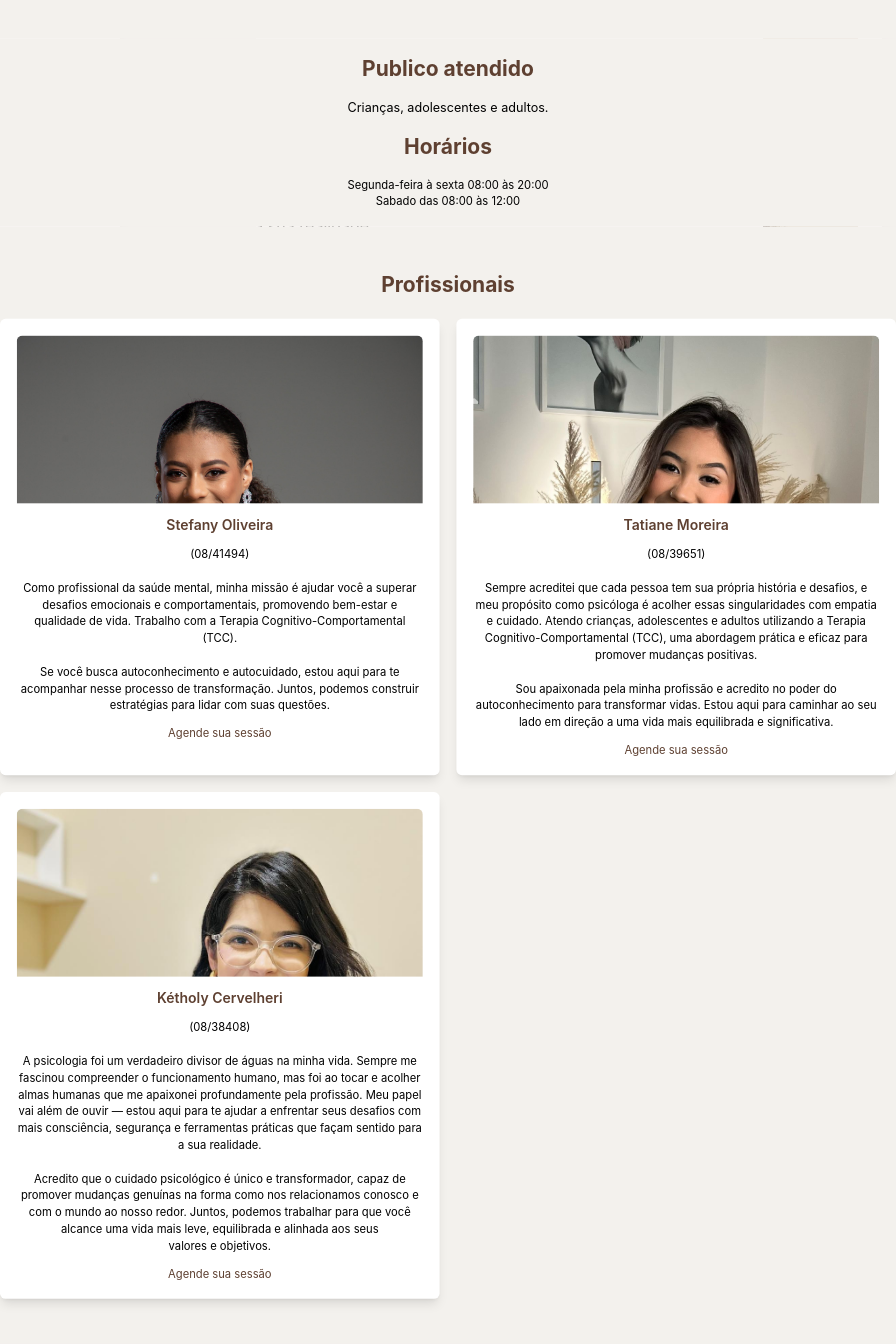
Repository: Mcervelheri/Nous
Page: /
The author's editor kept a copy of each file at every save. The page is drawn from the files as they stood at one save, then again after the next save.
The browser window is 1280 px wide. The pictures show the part of the page from y = 1168 to 3088 px (the page is 3088 px tall before and 2532 px after), at 70% of full size.
The project was rebuilt for these pictures with package versions that can differ from the ones it lists, and the page was loaded fresh each time. Also part of the build but not shown: vite.config.js.

Above is the page before, as saved 2025-02-19 22:49:38.

### index.html
<!DOCTYPE html>
<html lang="en">
  <head>
    <meta charset="UTF-8" />
    <link rel="icon" type="image/svg+xml" href="/src/assets/logos/NOUS.png" />
    <meta name="viewport" content="width=device-width, initial-scale=1.0" />
    <title>Clínica NOUS</title>
  </head>
  <body>
    <div id="root"></div>
    <script type="module" src="/src/main.jsx"></script>
  </body>
</html>

### src/index.css
* {
  margin: 0;
  padding: 0;
  box-sizing: border-box;
}

@media (min-width: 768px) {
  .menu {
    display: flex !important;
  }

  .img_meninas {
    height: 500px;
  }
}

@media (max-width: 768px) {
  .img_meninas {
    height: 500px;
  }

  .inicio {
    flex-direction: column;
  }
}

@media (max-width: 570px) {
  .inicio p {
    text-align: center;
    font-size: 14px;
  }
}

html,
body {
  height: 100%;
  margin: 0;
  padding: 0;
}

#root {
  min-height: 100%;
  display: flex;
  flex-direction: column;
}

main {
  flex: 1;
  padding-bottom: 100px;
  /* Espaço suficiente para o footer */
}

footer {
  flex-shrink: 0;
  /* Isso impede que o footer encolha */
}

body {
  margin: 0;
  font-family: -apple-system, BlinkMacSystemFont, "Segoe UI", "Roboto", "Oxygen",
    "Ubuntu", "Cantarell", "Fira Sans", "Droid Sans", "Helvetica Neue",
    sans-serif;
  -webkit-font-smoothing: antialiased;
  -moz-osx-font-smoothing: grayscale;
}

code {
  font-family: source-code-pro, Menlo, Monaco, Consolas, "Courier New",
    monospace;
}

.map-container {
  height: 100%;
  width: 100%;
}

@tailwind base;
@tailwind components;
@tailwind utilities;

### src/components/Header.jsx
import "react";
import { useState } from "react";
import NavLogo from "./NavLogo";
import HamburgerButton from "./HamburgerButton.jsx";
import NavLinks from "./NavLinks";
import logoNous from "/src/assets/logos/logo-nous.png";

const Header = () => {
  const [isOpen, setIsOpen] = useState(false);

  return (
    <nav className="bg-white w-full">
      <div className="max-w-7xl mx-auto px-4 sm:px-6 lg:px-8">
        <div className="flex justify-between items-center h-16">
          <NavLogo logoSrc={logoNous} alt="Logo NOUS" />
          <HamburgerButton isOpen={isOpen} onClick={() => setIsOpen(!isOpen)} />
          <NavLinks isOpen={isOpen} />
        </div>
      </div>
    </nav>
  );
};

export default Header;

### src/components/Main.jsx
import "react";
import Home from "./Home";
import About from "./About";
import Informations from "./Informations";
import Professionals from "./Professionals";

const Main = () => {
  return (
    <>
      <Home />
      <About />
      <Informations />
      <Professionals />
    </>
  );
};

export default Main;

### src/components/NavLogo.jsx
import React from "react";

const NavLogo = ({ logoSrc, alt }) => (
  <div>
    <a href="#inicio">
      <img src={logoSrc} alt={alt} className="h-16" />
    </a>
  </div>
);

export default NavLogo;

### src/components/HamburgerButton.jsx
import React from "react";

const HamburgerButton = ({ isOpen, onClick }) => (
  <button
    className="md:hidden text-[#5e4031] focus:outline-none shadow-md p-2"
    onClick={onClick}
  >
    <svg
      className="w-6 h-6"
      xmlns="http://www.w3.org/2000/svg"
      fill="none"
      viewBox="0 0 24 24"
      stroke="currentColor"
    >
      <path
        strokeLinecap="round"
        strokeLinejoin="round"
        strokeWidth={2}
        d={!isOpen ? "M4 6h16M4 12h16M4 18h16" : "M6 18L18 6M6 6l12 12"}
      />
    </svg>
  </button>
);

export default HamburgerButton;

### src/components/NavLinks.jsx
import React from "react";
import NavLink from "./NavLink";

const NavLinks = ({ isOpen }) => {
  const links = [
    { href: "#inicio", label: "Início" },
    { href: "#sobre", label: "Sobre" },
    { href: "#profissionais", label: "Profissionais" },
    { href: "#missao", label: "Missão" },
    { href: "#contato", label: "Agende", isButton: true },
  ];

  return (
    <div
      className={`${
        isOpen ? "absolute top-16 right-0 bg-white shadow-md z-10" : "hidden"
      } md:flex md:items-center md:space-x-6 menu`}
    >
      {links.map((link) => (
        <NavLink key={link.href} href={link.href} isButton={link.isButton}>
          {link.label}
        </NavLink>
      ))}
    </div>
  );
};

export default NavLinks;

### src/components/Home.jsx
import "react";
import logoGrande from "/src/assets/logos/logo-nous-grande.png";

const Home = () => {
  return (
    <div id="inicio" className="relative h-screen">
      <div className="inicio fixed inset-0 flex items-center bg-[#bb947e] justify-center z-10 pointer-events-none">
        <div className="max-w-xl">
          <img src={logoGrande} alt="NOUS " className="img_inicio object-fit" />
        </div>
        <p className="text-xl max-w-2xl text-black mx-auto">
          Reconheça, compreenda, transforme-se.
        </p>
      </div>
    </div>
  );
};

export default Home;

### src/components/About.jsx
import React from "react";

const Sobre = () => {
  return (
    <div id="sobre" className="relative bg-[#f3f1ed] py-16 z-20">
      <div className="container mx-auto text-center">
        <h2 className="text-3xl font-bold mb-6 text-[#5e4031]">
          NOUS: Significado
        </h2>
        <p className="max-w-2xl mx-auto text-lg">
          O nome Nous vem do grego antigo e significa “mente”, “inteligência” ou
          “razão”. Na filosofia grega, Nous é a razão divina que governa o
          universo, trazendo ordem e harmonia ao cosmos. Para nós, esse conceito
          simboliza a importância do autoconhecimento e da inteligência
          emocional no cuidado com a saúde mental.
          <br></br>
          <br></br>
          Em nossa clínica, Nous representa nossa missão de cuidar da mente e
          promover o equilíbrio através da razão e do entendimento profundo dos
          sentimentos e pensamentos.
        </p>
      </div>
    </div>
  );
};

export default Sobre;

### src/components/Informations.jsx
import React from "react";

const Information = () => {
  return (
    <div id="Informacoes" className="relative bg-[#f3f1ed] py-6 z-20">
      <div className="container mx-auto text-center">
        <h2 className="text-3xl font-bold mb-6 text-[#5e4031]">
          Publico atendido
        </h2>
        <p className="max-w-2xl mx-auto text-lg">
          Crianças, adolescentes e adultos.
        </p>
        <br></br>
        <h2 className="text-3xl font-bold mb-6 text-[#5e4031]">Horários</h2>
        <p>Segunda-feira à sexta 08:00 às 20:00</p>
        <p>Sabado das 08:00 às 12:00</p>
      </div>
    </div>
  );
};

export default Information;

### src/components/Professionals.jsx
import React from "react";
import { ProfessionalsList } from "./ProfessionalsList";

const Professionals = () => {
  return (
    <>
      <div id="profissionais" className="relative bg-[#f3f1ed] py-16 z-20">
        <div className="container mx-auto text-center">
          <h2 className="text-3xl font-bold mb-8 text-[#5e4031]">
            Profissionais
          </h2>
          <ProfessionalsList />
        </div>
      </div>
    </>
  );
};

export default Professionals;

### src/components/NavLink.jsx
import React from "react";

const NavLink = ({ href, children, isButton }) => {
  const baseClasses = "block px-4 py-2";
  const regularClasses = `${baseClasses} md:px-0 hover:text-[#bb947e]`;
  const buttonClasses = `${baseClasses} bg-[#bb947e] text-white px-4 py-2 rounded hover:bg-[#c79165]`;

  return (
    <a href={href} className={isButton ? buttonClasses : regularClasses}>
      {children}
    </a>
  );
};
export default NavLink;

### src/components/ProfessionalsList.jsx
import React from "react";
import Professional from "./Professional";
import professionalsData from "./ProfessionalsData";

export const ProfessionalsList = () => {
  return (
    <div className="grid grid-cols-1 md:grid-cols-2 gap-6">
      {professionalsData.map((professional, index) => (
        <Professional
          key={index}
          img={professional.img}
          name={professional.name}
          crp={professional.crp}
          text1={professional.text1}
          text2={professional.text2}
        />
      ))}
    </div>
  );
};

### src/components/Professional.jsx
import React from "react";

const Professional = ({ img, name, crp, text1, text2 }) => {
  return (
    <div className="bg-white shadow-lg rounded-lg p-6">
      <div>
        <img
          src={img}
          alt={name}
          className="w-full h-60 object-cover object-top rounded-t-lg"
        />
      </div>
      <h3 className="text-xl font-semibold my-4 text-[#5e4031]">{name}</h3>
      <p className="mb-4">
        ({crp})
        <br />
        <br />
        {text1}
        <br />
        <br />
        {text2}
      </p>
      <a href="#contato" className="text-[#5e4031] hover:underline">
        Agende sua sessão
      </a>
    </div>
  );
};

export default Professional;

### src/components/ProfessionalsData.jsx
import stefanyImg from "/src/assets/Professionals/Stefany.jpg";
import tatianeImg from "/src/assets/Professionals/Tatiane.jpg";
import ketholyImg from "/src/assets/Professionals/Ketholy.jpg";

const professionalsData = [
  {
    img: stefanyImg,
    name: "Stefany Oliveira",
    crp: "08/41494",
    text1:
      "Como profissional da saúde mental, minha missão é ajudar você a superar desafios emocionais e comportamentais, promovendo bem-estar e qualidade de vida. Trabalho com a Terapia Cognitivo-Comportamental (TCC).",
    text2:
      "Se você busca autoconhecimento e autocuidado, estou aqui para te acompanhar nesse processo de transformação. Juntos, podemos construir estratégias para lidar com suas questões.",
  },
  {
    img: tatianeImg,
    name: "Tatiane Moreira",
    crp: "08/39651",
    text1:
      "Sempre acreditei que cada pessoa tem sua própria história e desafios, e meu propósito como psicóloga é acolher essas singularidades com empatia e cuidado. Atendo crianças, adolescentes e adultos utilizando a Terapia Cognitivo-Comportamental (TCC), uma abordagem prática e eficaz para promover mudanças positivas.",
    text2:
      "Sou apaixonada pela minha profissão e acredito no poder do autoconhecimento para transformar vidas. Estou aqui para caminhar ao seu lado em direção a uma vida mais equilibrada e significativa.",
  },
  {
    img: ketholyImg,
    name: "Kétholy Cervelheri",
    crp: "08/38408",
    text1:
      "A psicologia foi um verdadeiro divisor de águas na minha vida. Sempre me fascinou compreender o funcionamento humano, mas foi ao tocar e acolher almas humanas que me apaixonei profundamente pela profissão. Meu papel vai além de ouvir — estou aqui para te ajudar a enfrentar seus desafios com mais consciência, segurança e ferramentas práticas que façam sentido para a sua realidade.",
    text2:
      "Acredito que o cuidado psicológico é único e transformador, capaz de promover mudanças genuínas na forma como nos relacionamos conosco e com o mundo ao nosso redor. Juntos, podemos trabalhar para que você alcance uma vida mais leve, equilibrada e alinhada aos seus valores e objetivos.",
  },
];

export default professionalsData;

Loaded but not shown: src/main.jsx (common file); src/App.jsx (common file); tailwind.config.js (common file)

After the next save:
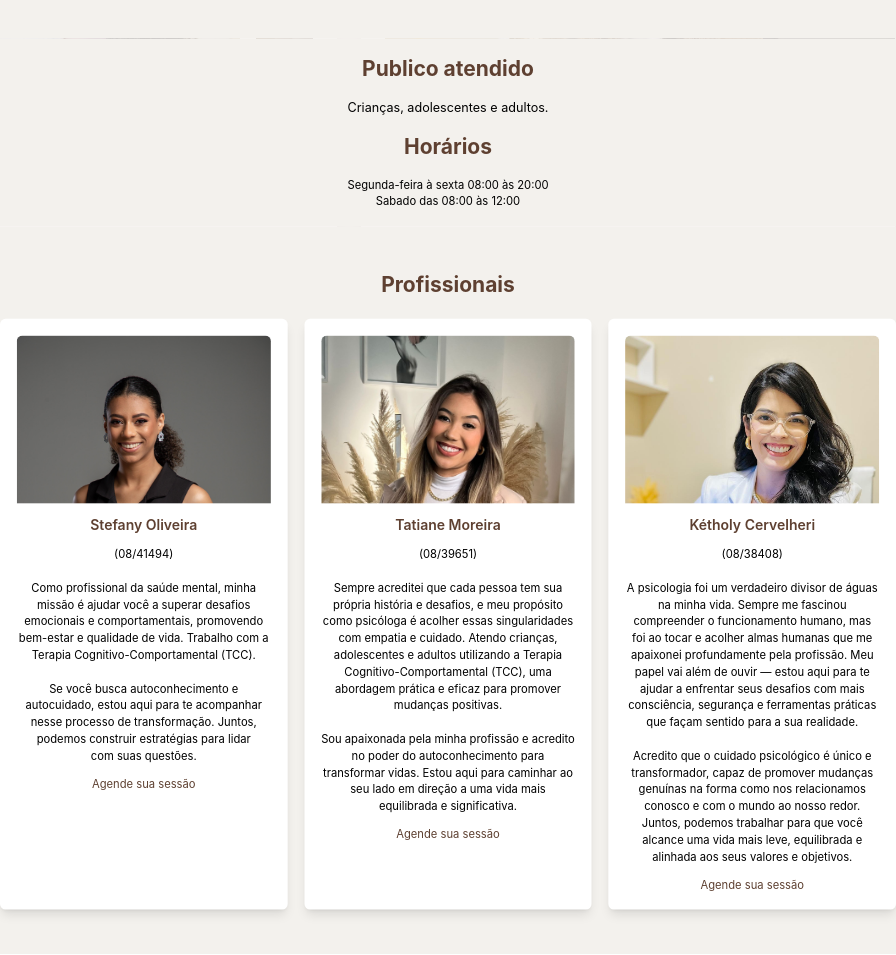
Saved 90 s later.
--- a/src/components/ProfessionalsList.jsx
+++ b/src/components/ProfessionalsList.jsx
@@ -4,7 +4,7 @@ import professionalsData from "./ProfessionalsData";
 
 export const ProfessionalsList = () => {
   return (
-    <div className="grid grid-cols-1 md:grid-cols-2 gap-6">
+    <div className="grid grid-cols-1 md:grid-cols-3 gap-6">
       {professionalsData.map((professional, index) => (
         <Professional
           key={index}
